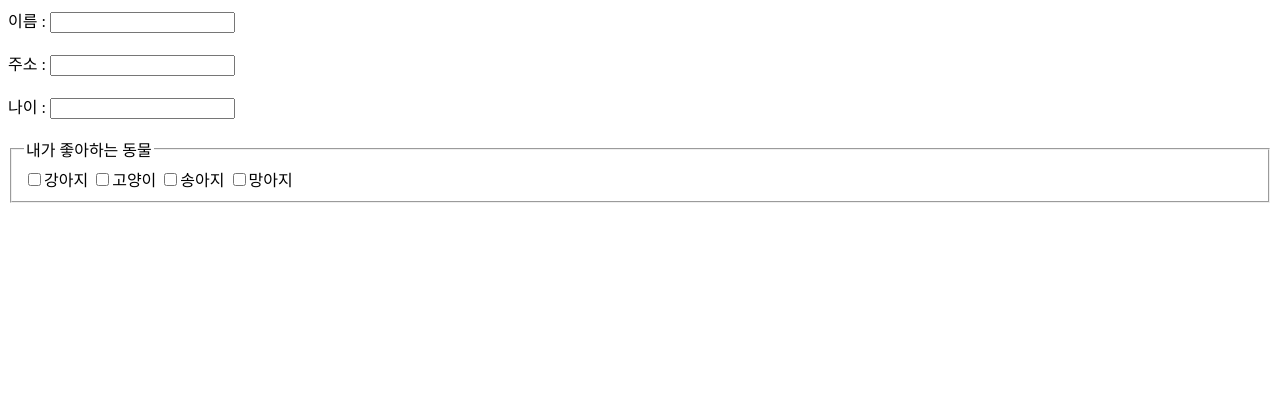
Repository: okgunyang/jsp
Page: practice01/WebContent/input.html
The author's editor kept a copy of each file at every save. The page is drawn from the files as they stood at one save, then again after the next save.
The browser window is 1280 px wide. The pictures show the whole page.

Above is the page before, as saved 2022-10-17 07:03:39.

After the next save:
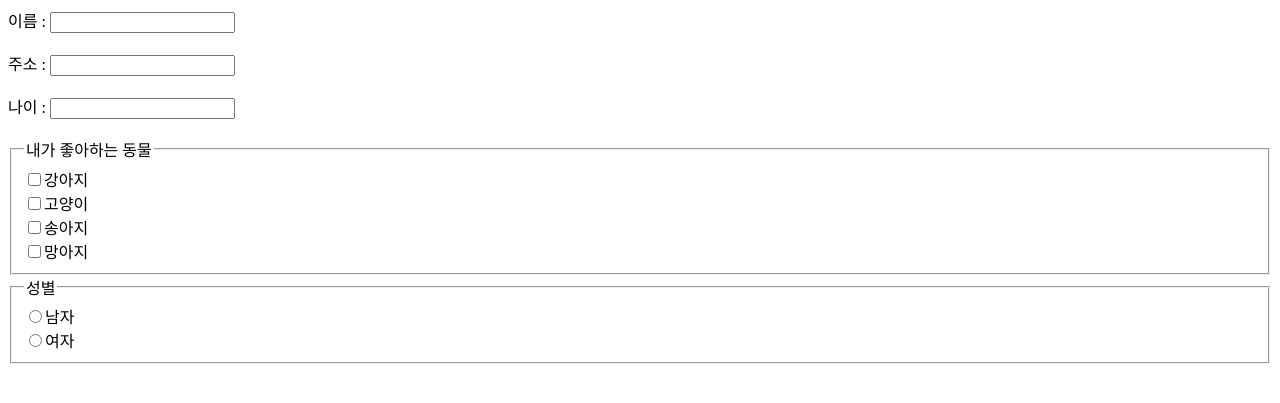
Saved 83 s later.
--- a/practice01/WebContent/input.html
+++ b/practice01/WebContent/input.html
@@ -11,10 +11,15 @@
 	나이 : <input type="number" name="age"><br><br>
 	<fieldset>
 		<legend>내가 좋아하는 동물</legend>
-		<input type="checkbox" name="pet" value="dog" />강아지
-		<input type="checkbox" name="pet" value="cat" />고양이
-		<input type="checkbox" name="pet" value="cow" />송아지
-		<input type="checkbox" name="pet" value="horse" />망아지
+		<input type="checkbox" name="pet" value="dog" />강아지<br>
+		<input type="checkbox" name="pet" value="cat" />고양이<br>
+		<input type="checkbox" name="pet" value="cow" />송아지<br>
+		<input type="checkbox" name="pet" value="horse" />망아지<br>
+	</fieldset>
+	<fieldset>
+		<legend>성별</legend>
+		<input type="radio" name="male" value="m">남자 <br>
+		<input type="radio" name="male" value="f">여자 <br>
 	</fieldset>
 </form>
 </body>
